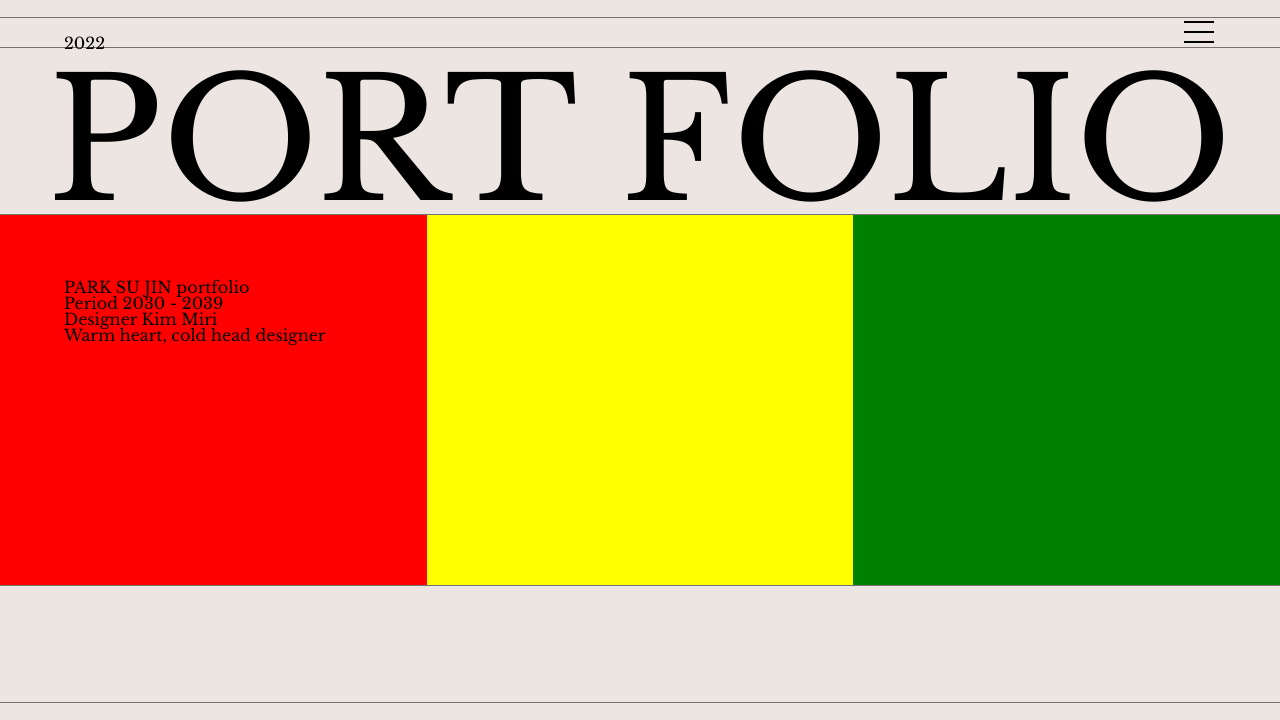
Repository: clsrnemfdml/portfolio_parksj_versiton1
Page: index.html
The author's editor kept a copy of each file at every save. The page is drawn from the files as they stood at one save, then again after the next save.
The browser window is 1280 px wide. The pictures show the whole page.

Above is the page before, as saved 2021-09-02 07:34:04.

### index.html
<!DOCTYPE html>
<html lang="en">
<head>
    <meta charset="UTF-8">
    <meta http-equiv="X-UA-Compatible" content="IE=edge">
    <meta name="viewport" content="width=device-width, initial-scale=1.0">
    <title>parkjs portfolio</title>
    <meta name="descripsion" content="박수진의 포트폴리오 입니다.">
    <link rel="stylesheet" href="css/reset.css">
    <link rel="stylesheet" href="css/index.css">
    <style> @import url('https://fonts.googleapis.com/css2?family=Libre+Baskerville&display=swap');</style>
    <script src="js/index.js"></script>

</head>
<body>
    <div id="wrap">
        <section id="section1">
            <div class="wrap_portFolio">
                <div class="menu">
                    <p>2022</p>
                    <span>
                    </span>
                </div>
                <div class="content">
                    <h6>PORT FOLIO</h6>
                </div>
                <div class="content_bottom">
                    <div class="rsum1">
                        <p>PARK SU JIN portfolio</p>
                        <p>Period  2030 - 2039</p>
                        <p>Designer   Kim Miri</p>
                        <p>Warm heart, cold head designer</p>
                    </div>
                    <div class="rsum2"></div>
                    <div class="rsum3"></div>
                </div>
            </div>

        </section>
    </div>

</body>
</html>

### css/index.css


#wrap{width: 100%; height: auto;}




/*section1 */
#wrap #section1{height: 100vh; width: 100%; background: #ECE5E1;
    font-family: 'Libre Baskerville', serif; position: relative;}

#wrap #section1 .wrap_portFolio{
    width: 100%;
    height: 95vh;
    position: absolute;
    top: 50%;
    transform: translateY(-50%);
    border-bottom: 1px solid #767371;
    border-top: 1px solid #767371;
}

#wrap #section1 .menu{width: 100%; height: 4vh; border-bottom: 1px solid #767371;
    position: relative;

}
#wrap #section1 .menu p{line-height: 50px; padding-left: 5%; display: inline-block;}
#wrap #section1 .menu span{
    display: block;
    position: absolute;
    right: 4%;
    top: 50%;
    transform: translate(-50%, -50%);
    width: 30px;
    height: 2px;
    background: rgb(0, 0, 0);
    float: right;
}
    #wrap #section1 .menu span::before{
    content: '';
    width: 30px;
    height: 2px;
    background: rgb(0, 0, 0);
    position: absolute;
    left: 0;
    bottom: 10px;
    transform: rotate(0deg);
    transition-duration: .3s;
}
    #wrap #section1 .menu span::after{
        content: '';
        width: 30px;
        height: 2px;
        background: rgb(0, 0, 0);
        position: absolute;
        left: 0;
        top: 10px;
        transform: rotate(0deg);
        transition-duration: .3s;
    }

    #wrap #section1 .content{
        height: 20vh; position: relative; width: 100%;
        font-size: 13vw;
        text-align: center;
        margin-top: 22px;
        border-bottom: 1px solid #767371;

    }
    #wrap #section1 .content h6{
        position: absolute;
        width: 100%;
        top: 50%;
        left: 50%;
        transform: translate(-50% , -50%);
        font-weight: 300;
    }

    #wrap #section1 .content_bottom{
        height: 370px;
        width: 100%;
        position: absolute;
        border-bottom: 1px solid #767371;
        display: flex;
    }


    #wrap #section1 .content_bottom > div{
        width: 33.333%;
        background: rebeccapurple;
    }

    #wrap #section1 .content_bottom .rsum1{
        background: red;
        padding: 5%;
    }
    #wrap #section1 .content_bottom .rsum2{
        background: yellow;
        padding: 5%;
    }
    #wrap #section1 .content_bottom .rsum3{
        background: green;
        padding: 5%;
    }

Loaded but not shown: css/reset.css (common file); js/index.js (no stored copy; drawn as an empty file)

After the next save:
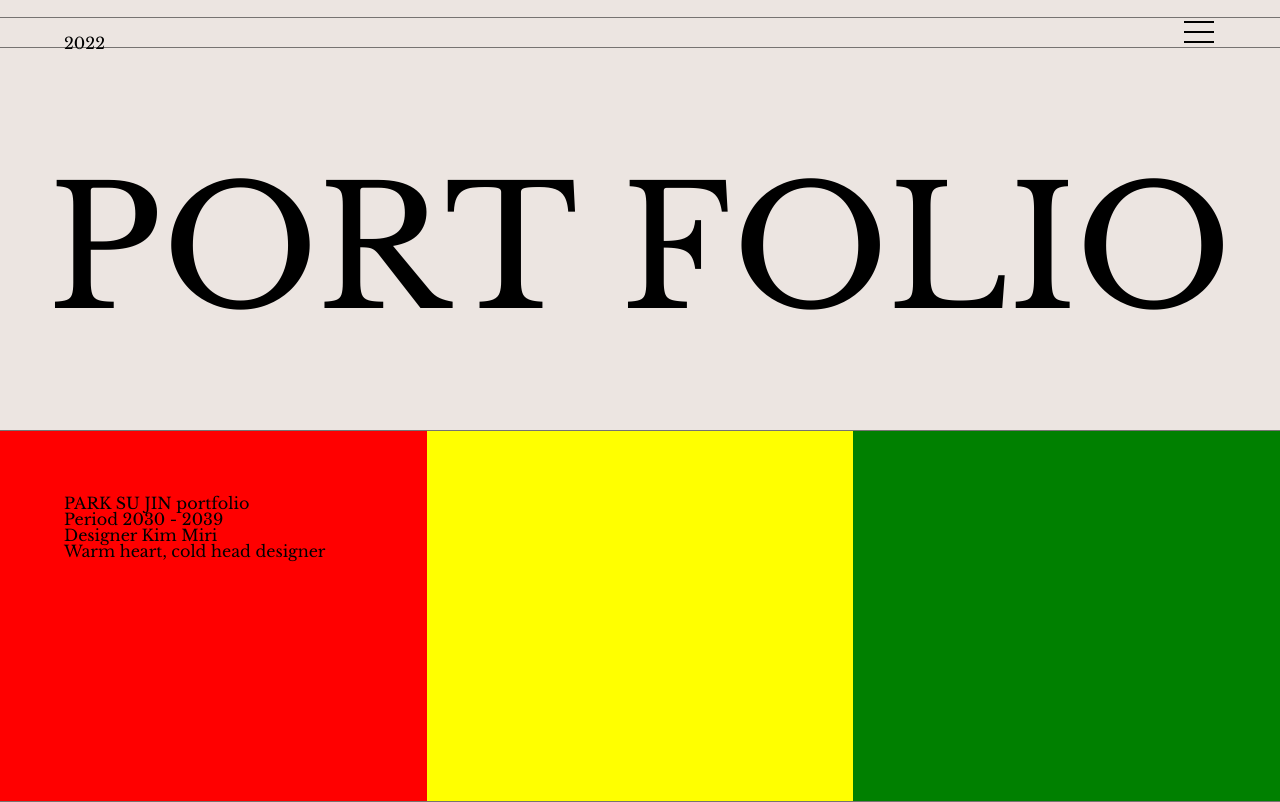
Saved 4 s later.
--- a/css/index.css
+++ b/css/index.css
@@ -59,7 +59,7 @@
     }
 
     #wrap #section1 .content{
-        height: 20vh; position: relative; width: 100%;
+        height: 50vh; position: relative; width: 100%;
         font-size: 13vw;
         text-align: center;
         margin-top: 22px;
